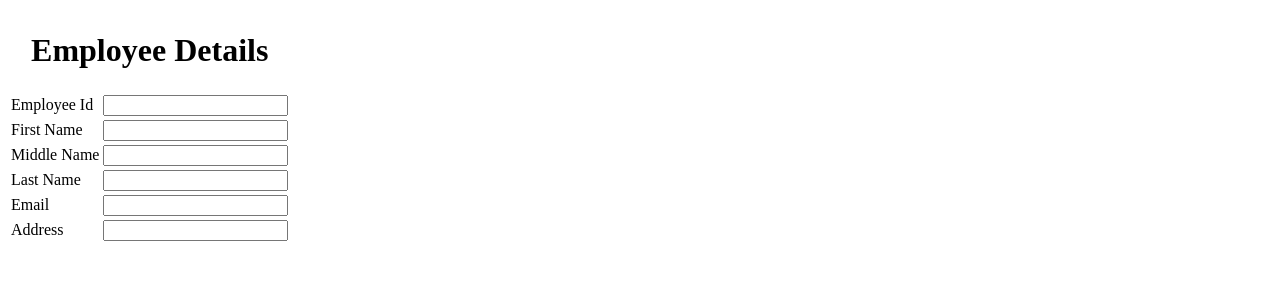
Repository: srjainapur/CRUD_Operation_With_Angular_Springboot
Page: angular-spring-demo/src/main/resources/static/post_data.html
These files come from the project's save history. The page is drawn as it stood at one moment and after the next save; the edit follows.
The browser window is 1280 px wide. The pictures show the whole page.
Some web libraries are served in a nearby version.

Above is the page before, as saved 2020-06-25 06:58:11.

After the next save:
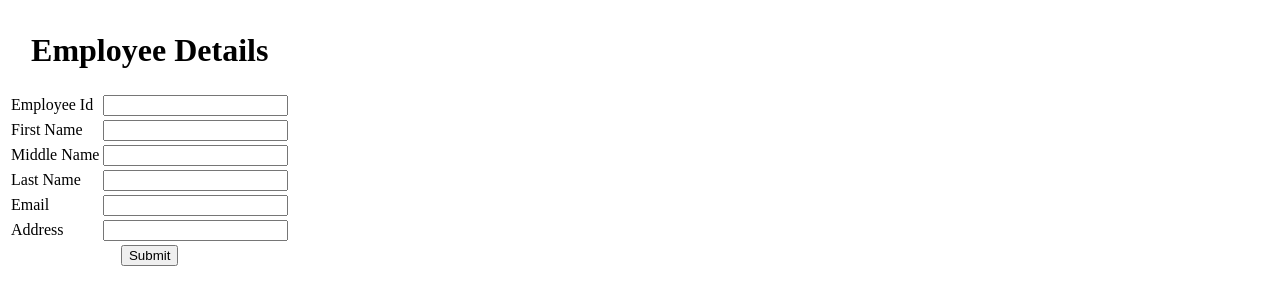
Saved 2 min 31 s later.
--- a/angular-spring-demo/src/main/resources/static/post_data.html
+++ b/angular-spring-demo/src/main/resources/static/post_data.html
@@ -74,6 +74,11 @@
 					<td>Address</td>
 					<td><input name="address" ng-model="address" type="text" size="20"/></td>
 				</tr>
+				<tr>
+					<td colspan="2" align="middle">
+						<input type="button" value="Submit" ng-click="postData(empId, firstName, middleName, lastName, email, address)">
+					</td>
+				</tr>
 			</table>
 		</div>
 	</body>
